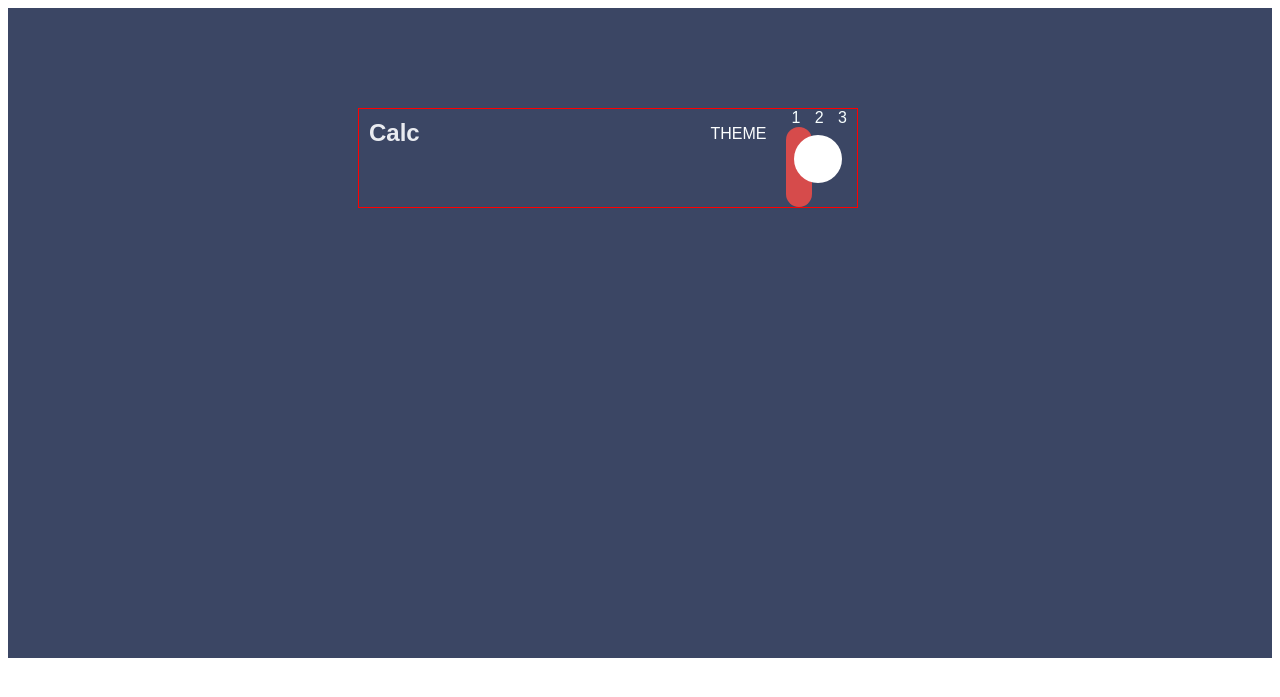
Repository: Bakyproit/Calcutor
Page: SimpleCalculatorApp.html
An editor plug-in stored every save of this project. The page is shown before and after the next save, followed by the edit.
The browser window is 1280 px wide. The pictures show the whole page.

Above is the page before, as saved 2022-02-09 15:42:19.

After the next save:
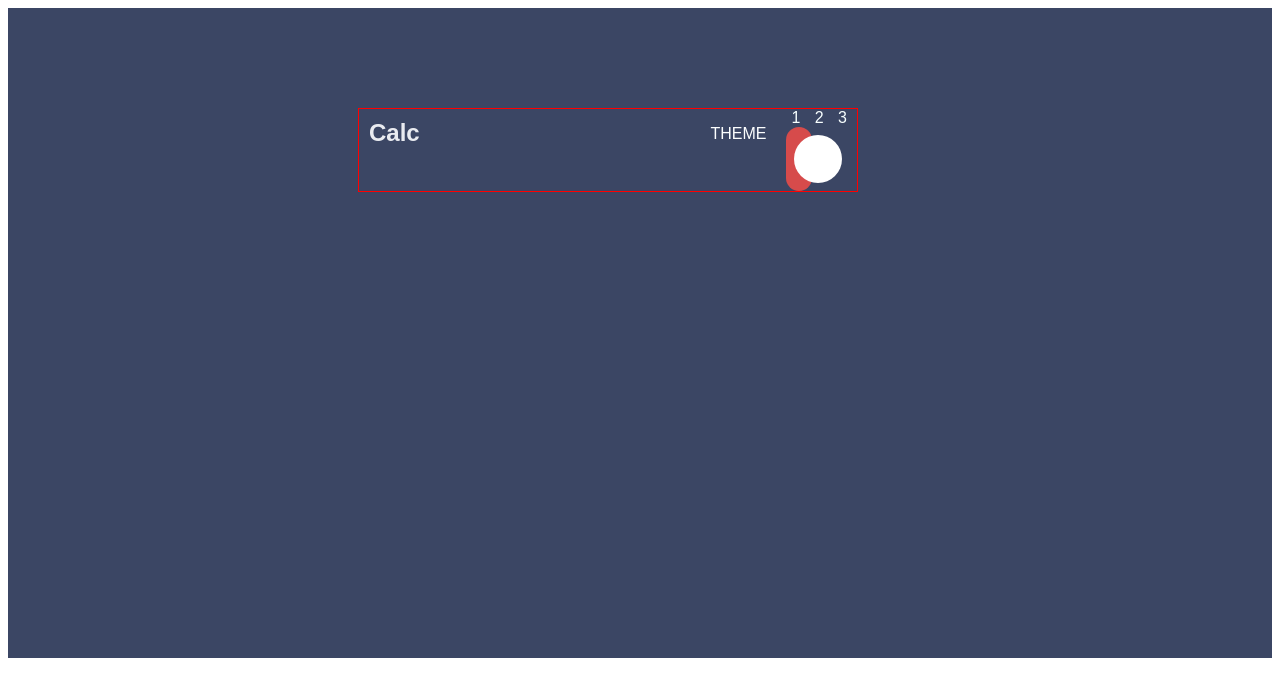
Saved 7 s later.
--- a/asset/App.css
+++ b/asset/App.css
@@ -67,7 +67,7 @@ h1{
 }
 .toggle__bar{
     width: 10px;
-    height: 4rem;
+    height: ;
     background-color: rgb(214, 75, 75);
     border-radius: 5rem;
     /* transition: background-color 4s linear; */
